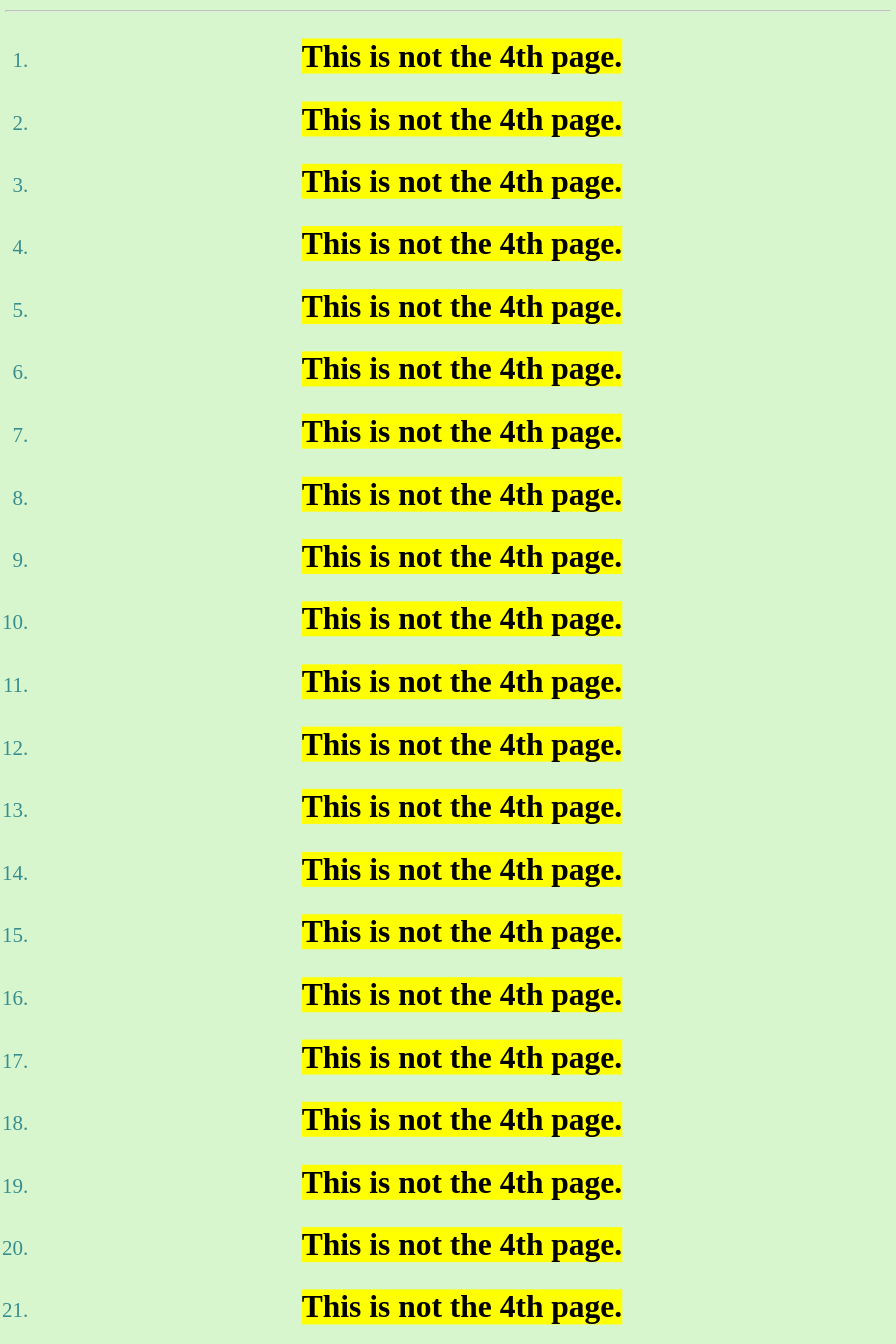
Repository: yiy225/yiy225.github.io
Page: page 4.1.html
The author's editor kept a record of every edit. The page is drawn from the files as they stood at one moment, then again after the next edit.
The browser window is 1280 px wide. The pictures show the part of the page from y = 0 to 1920 px (the page is 4360 px tall), at 70% of full size.

Above is the page before.

After the next edit:
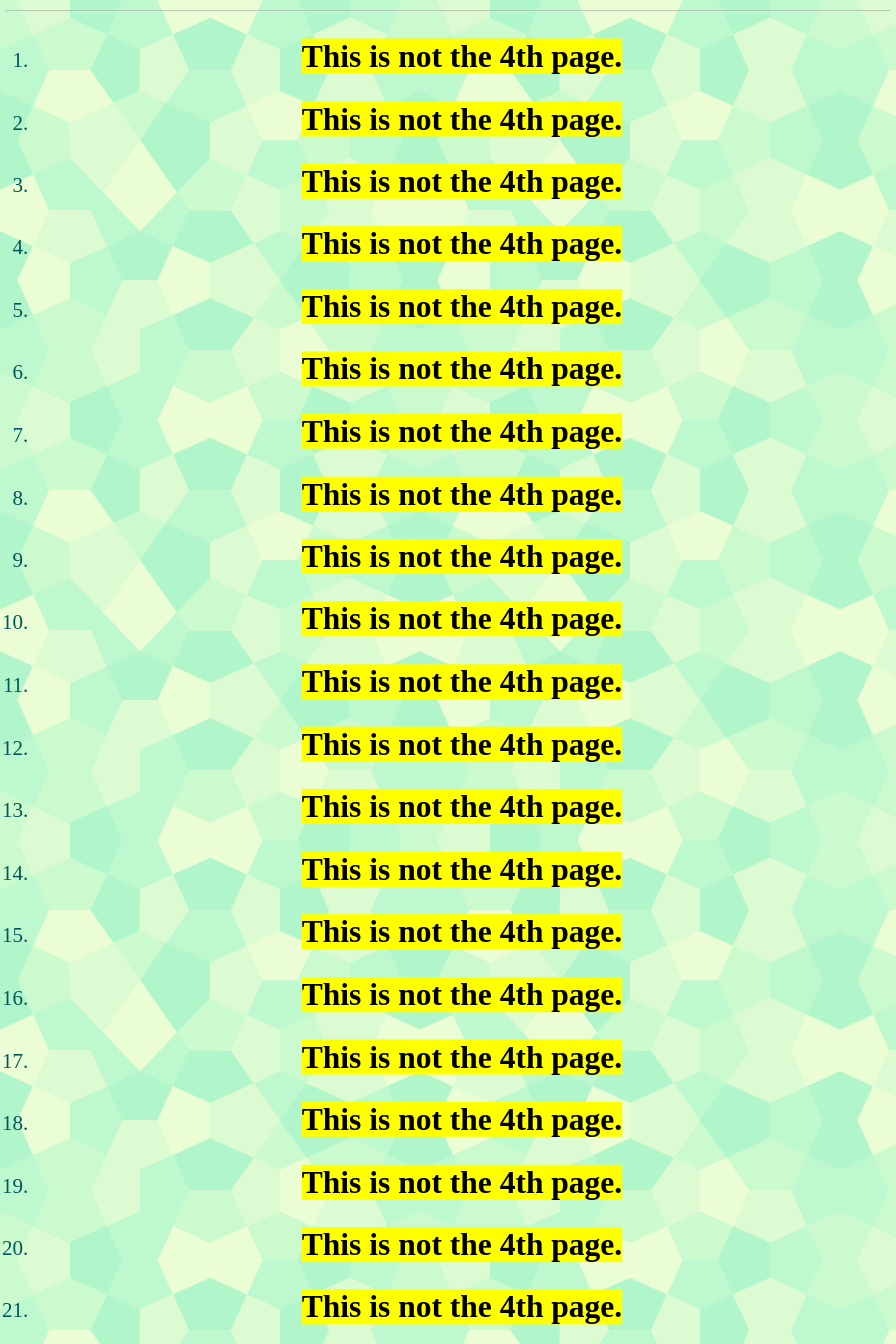
The edit:
--- a/column.css
+++ b/column.css
@@ -1,6 +1,7 @@
 body {
-    background-color: #D8F6CE;
-    color: #388E8E;
+    background-image:url(indexbg.png);
+    background-repeat: repeat;
+    color: #005757;
     font-size: 30px;
 }
 
